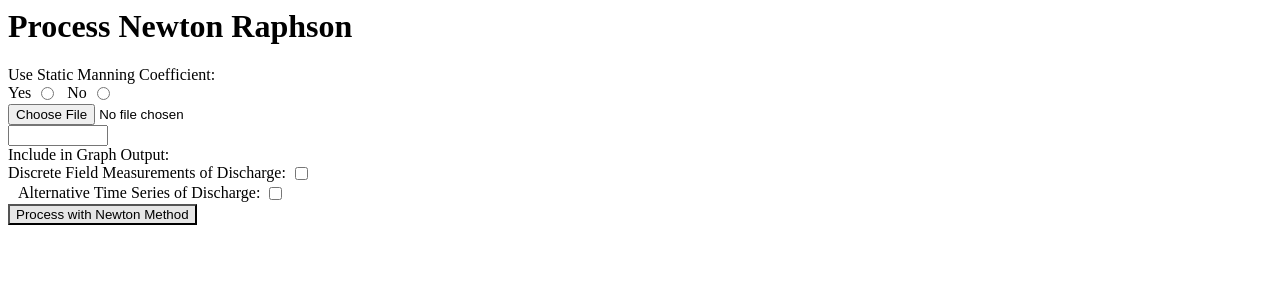
Repository: shape87/FloodAnalysis
Page: FloodAnalysis27/Web/templates/process.html
The author's editor kept a copy of each file at every save. The page is drawn from the files as they stood at one save, then again after the next save.
The browser window is 1280 px wide. The pictures show the whole page.

Above is the page before, as saved 2017-01-23 15:34:33.

After the next save:
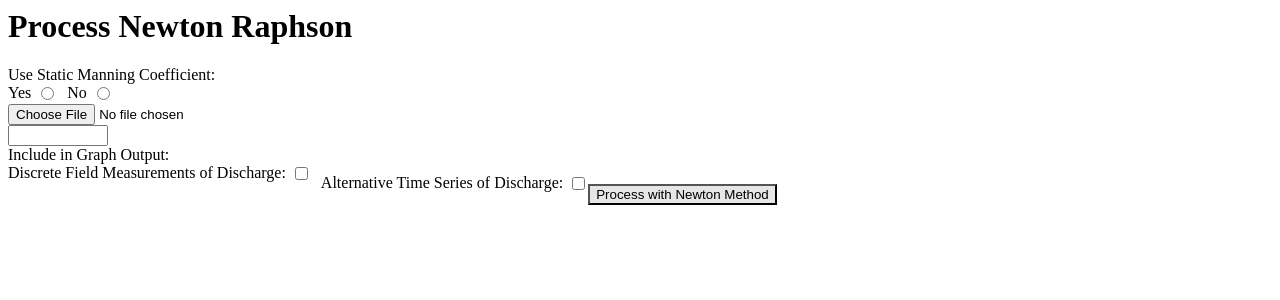
Saved 25 s later.
--- a/FloodAnalysis27/Web/templates/process.html
+++ b/FloodAnalysis27/Web/templates/process.html
@@ -26,11 +26,11 @@
 
 	 <div class="form-group">
 		  <label>Include in Graph Output:</label><br />
-		  <div style="height: 20px">
+		  <div style="height: 10px">
 			  <label style="float:left; margin-right: 5px">Discrete Field Measurements of Discharge:</label>
 			  <input style="float:left" type="checkbox" name="manning" class="manning_radio" id="discrete_output" />
 		  </div>
-		  <div style="height: 20px">
+		  <div style="height: 10px">
 			  <label style="float:left; margin-left: 10px; margin-right: 5px">Alternative Time Series of Discharge:</label>
 			  <input style="float:left" type="checkbox" name="manning" class="manning_radio" id="alt_output" />
 		  </div>
